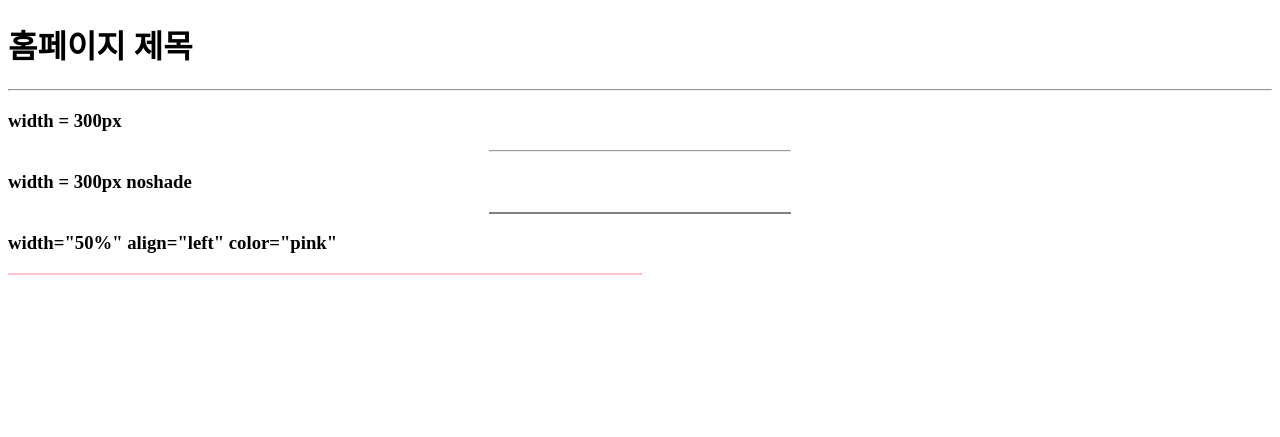
Repository: jjb5442/JSP
Page: 3Day/workspace/02_HTML_tutorial/src/main/webapp/03_Tutorial.html
These files come from the project's save history. The page is drawn as it stood at one moment and after the next save; the edit follows.
The browser window is 1280 px wide. The pictures show the whole page.

Above is the page before, as saved 2022-05-14 02:05:58.

After the next save:
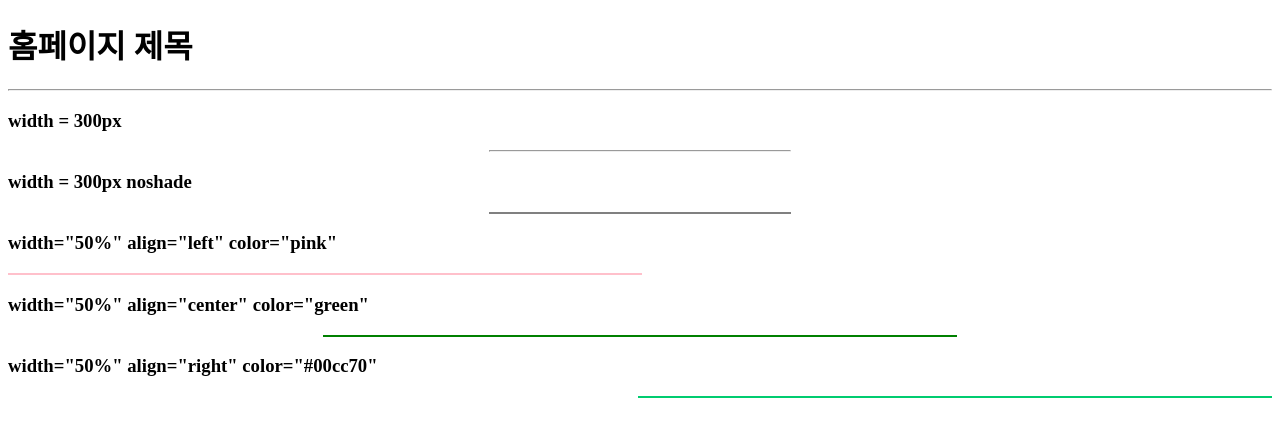
Saved 2 min 5 s later.
--- a/3Day/workspace/02_HTML_tutorial/src/main/webapp/03_Tutorial.html
+++ b/3Day/workspace/02_HTML_tutorial/src/main/webapp/03_Tutorial.html
@@ -13,5 +13,11 @@
 	<hr width="300px" noshade>
 	<h3>width="50%" align="left" color="pink"</h3>
 	<hr width="50%" align="left" color="pink">
+
+	<h3>width="50%" align="center" color="green"</h3>
+	<hr width="50%" align="center" color="green">
+
+	<h3>width="50%" align="right" color="#00cc70"</h3>
+	<hr width="50%" align="right" color="#00cc70">
 </body>
 </html>
